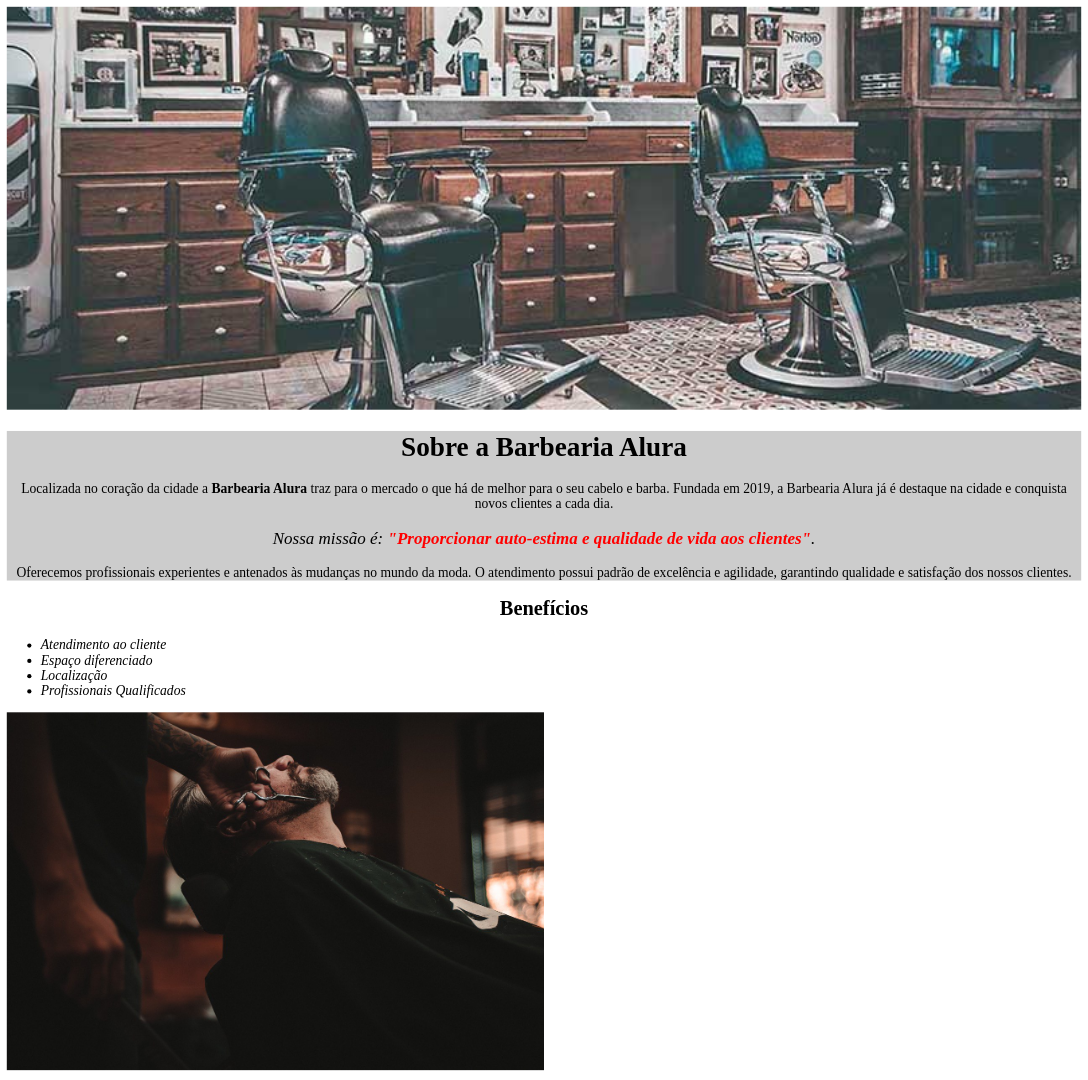
Repository: RenatoCCS/Barbearia_Alura
Page: index.html
The author's editor kept a copy of each file at every save. The page is drawn from the files as they stood at one save, then again after the next save.
The browser window is 1280 px wide. The pictures show the whole page, at 85% of full size.

Above is the page before, as saved 2022-10-17 21:20:36.

After the next save:
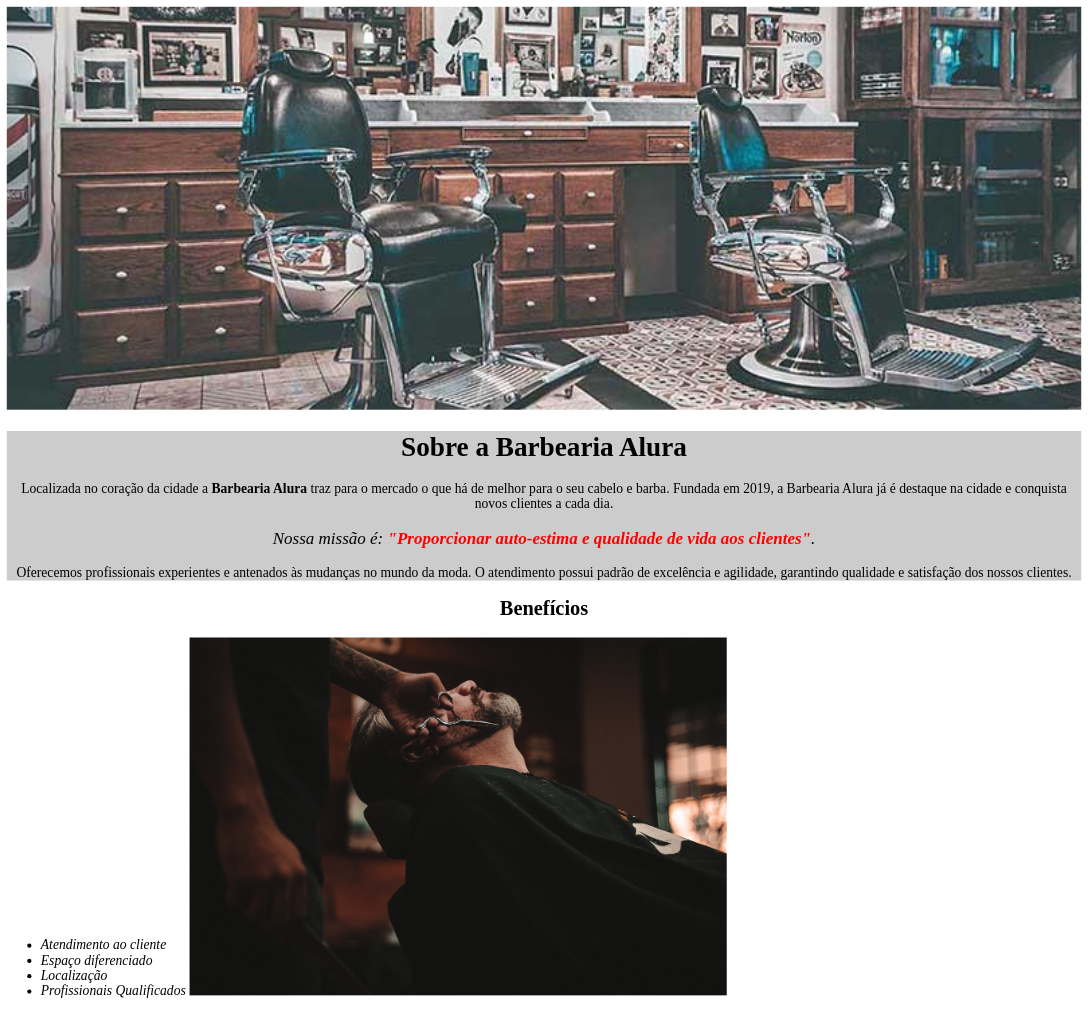
Saved 105 s later.
--- a/style.css
+++ b/style.css
@@ -37,6 +37,10 @@ h2 {
   text-align: center;
 }
 
+ul {
+  display: inline-block;
+}
+
 .imagembeneficios {
   width: 50%;
 }
